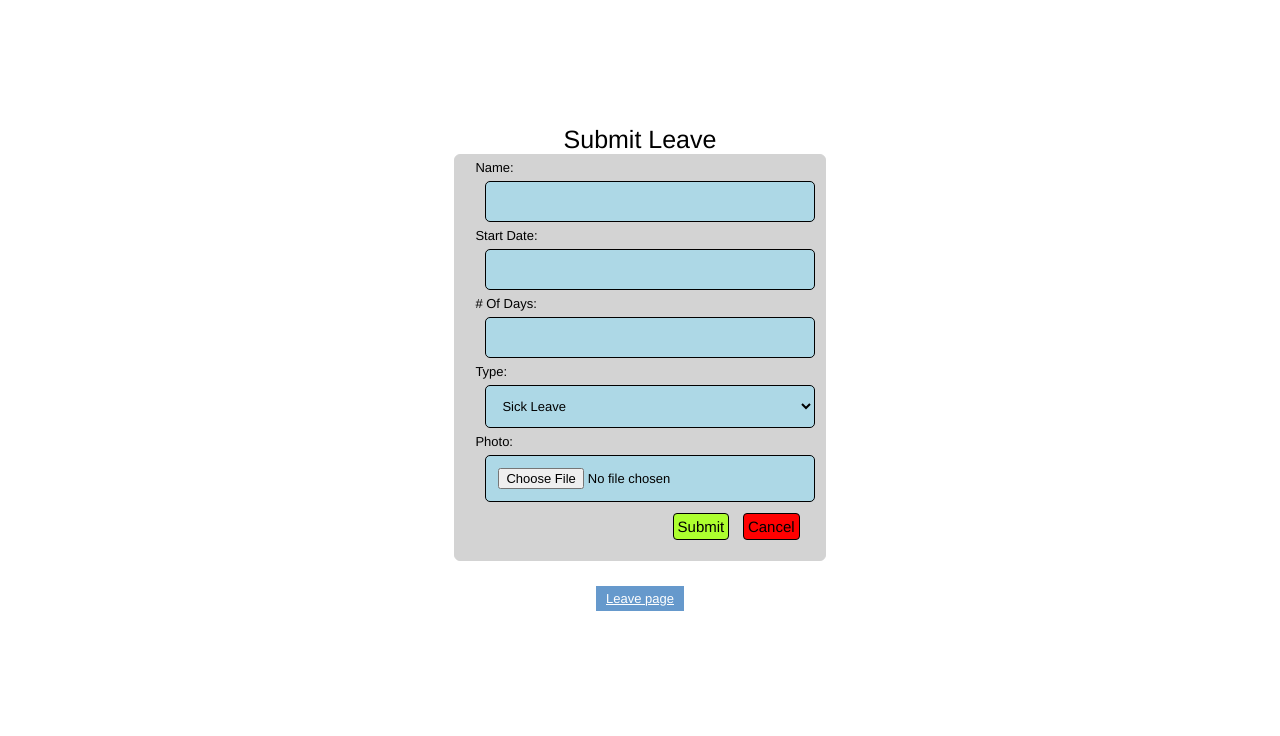
Repository: Murad71/BasicCRUD
Page: index.html
These files come from the project's save history. The page is drawn as it stood at one moment and after the next save; the edit follows.
The browser window is 1280 px wide. The pictures show the whole page.

Above is the page before, as saved 2023-04-18 21:19:14.

After the next save:
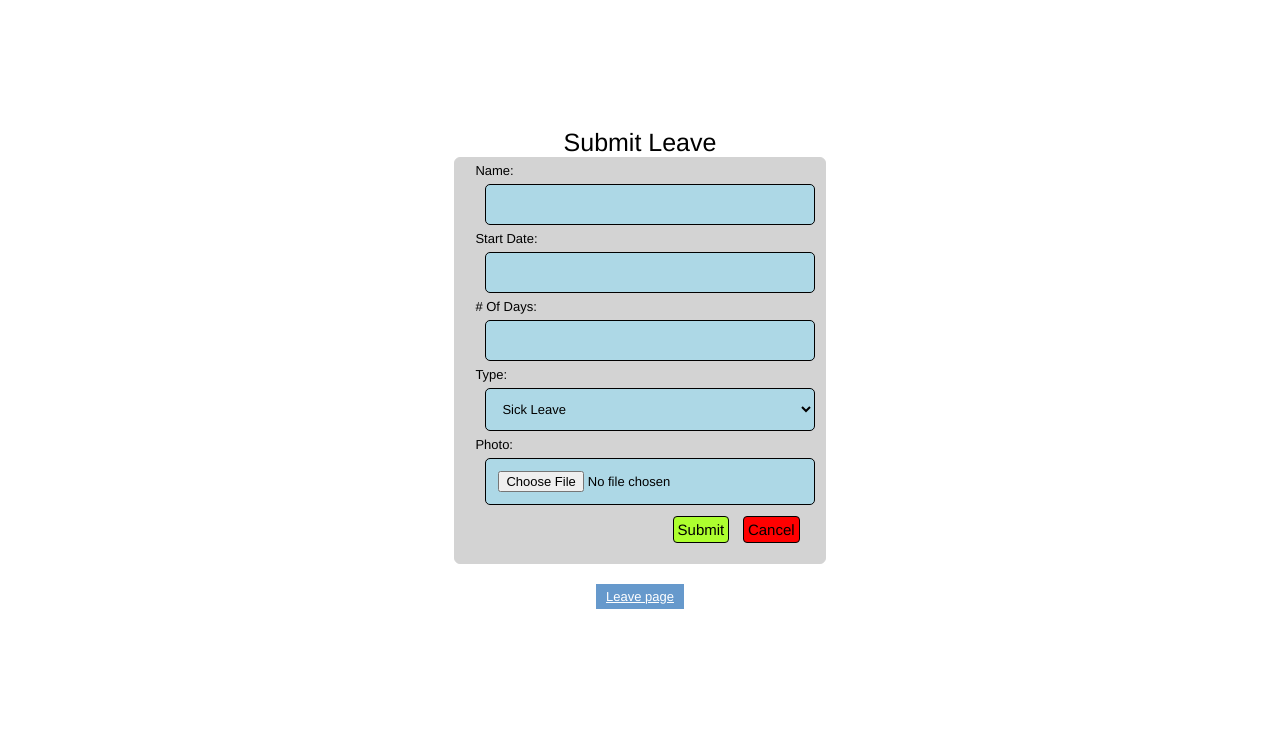
Saved 2 min 56 s later.
--- a/index.css
+++ b/index.css
@@ -60,7 +60,7 @@ input[type="reset"].cancel {
 }
 
 .anchorContainer {
- margin-top: 5px;
+text-align: right;
 }
 
 a {
